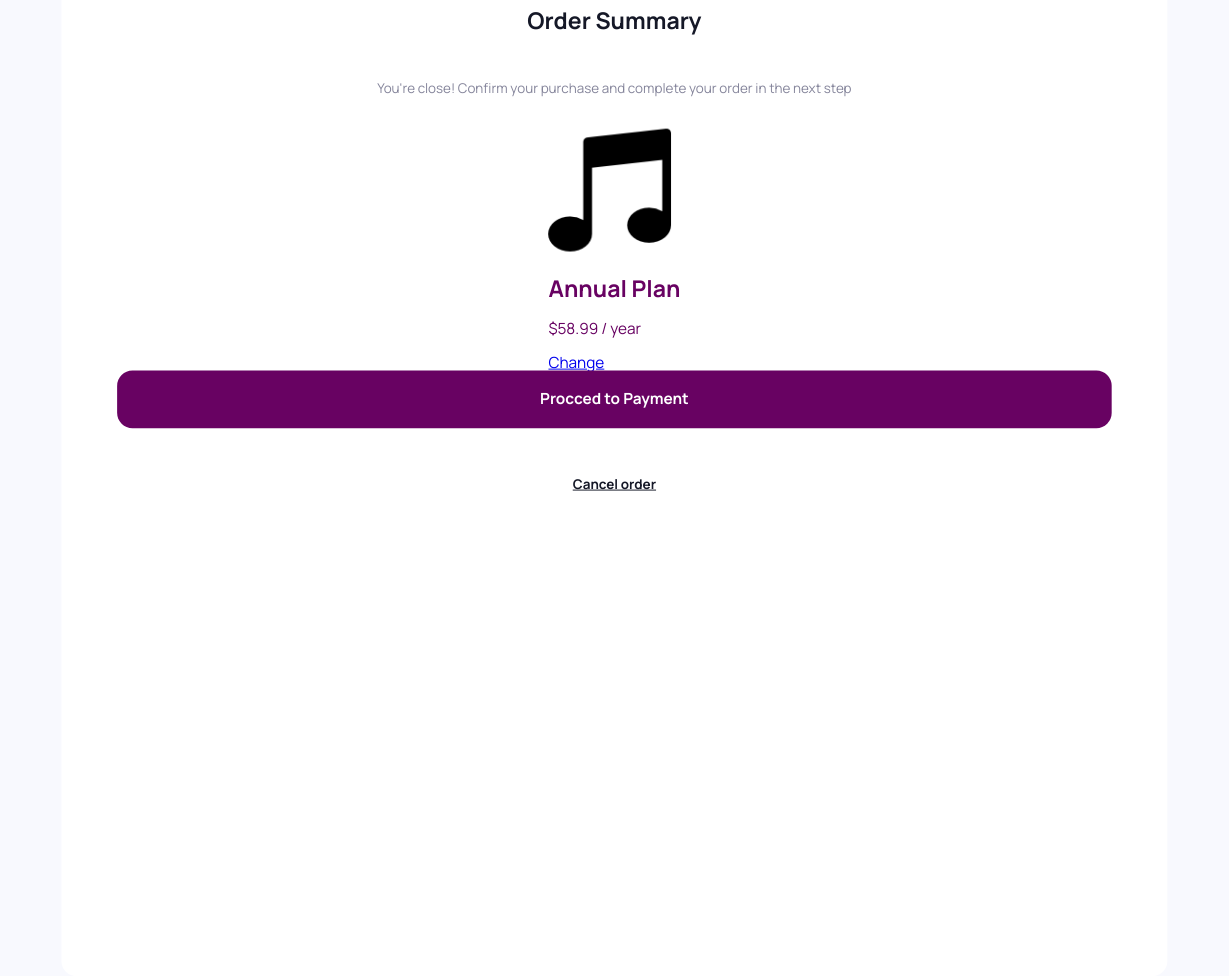
Repository: ssynowiec/INVO-Academy-solution
Page: /
These files come from the project's save history. The page is drawn as it stood at one moment and after the next save; the edit follows.
The browser window is 1280 px wide. The pictures show the whole page, at 96% of full size.
The project was rebuilt for these pictures with package versions that can differ from the ones it lists, and the page was loaded fresh each time.

Above is the page before, as saved 2023-02-16 10:09:07.

After the next save:
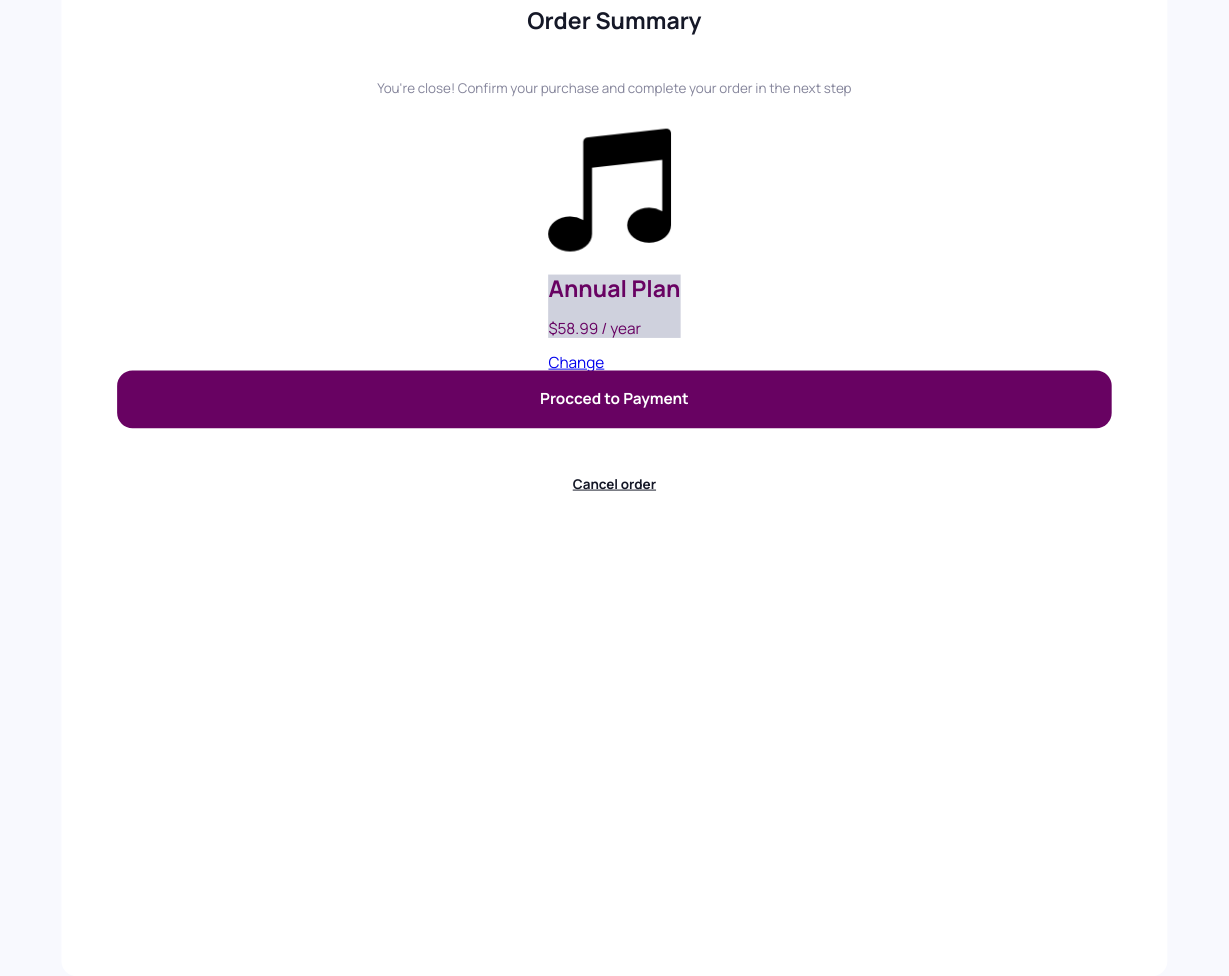
Saved 4 s later.
--- a/src/pages/home-page/styles/home-page.scss
+++ b/src/pages/home-page/styles/home-page.scss
@@ -37,7 +37,7 @@
 	}
 
 	&-summary {
-		background-color: var(--color-stoke);
+		background-color: var(--color-stroke);
 	}
 
 	&-button {
